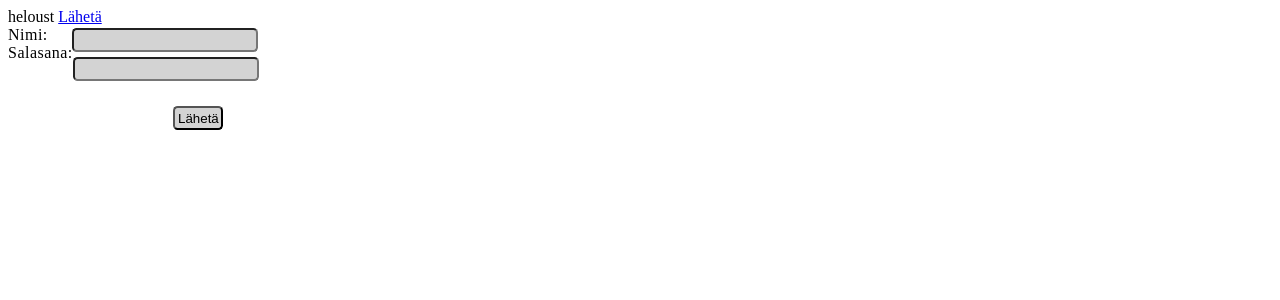
Repository: sirkian/ohj2-t4
Page: http://localhost/Kommunikaatio/
An editor plug-in stored every save of this project. The page is shown before and after the next save, followed by the edit.
The browser window is 1280 px wide. The pictures show the whole page.
The page is served by Tomcat 9.

Above is the page before, as saved 2022-03-19 14:12:05.

### Kommunikaatio/src/main/webapp/index.jsp
<%@ page language="java" contentType="text/html; charset=ISO-8859-1"
    pageEncoding="ISO-8859-1"%>
<!DOCTYPE html>
<html>
<head>
<meta charset="ISO-8859-1">
<title>Insert title here</title>
<style>

input {
	background: lightgrey;
	border-radius:0.35em;
	padding: 0.2em;
	margin: 0.15em 0;
	position: absolute;
}
.nimi {
	left: 5.4em;
}
.pw {
	top: 4.1em;
}
.btn {
	top: 7.8em;
	left: 13em;
}
form {
	letter-spacing: 0.03em;
}
</style>
</head>
<body>
heloust
<a href="toka.jsp?nimi=jaska&ika=10">Lähetä</a>
<form action="kolmas.jsp" method="POST">
	Nimi: <input class="nimi" type="text" name="nimi"><br>
	Salasana: <input class="pw" type="password" name="pwd">
	<input class="btn" type="submit" value="Lähetä">
</form>
</body>
</html>

After the next save:
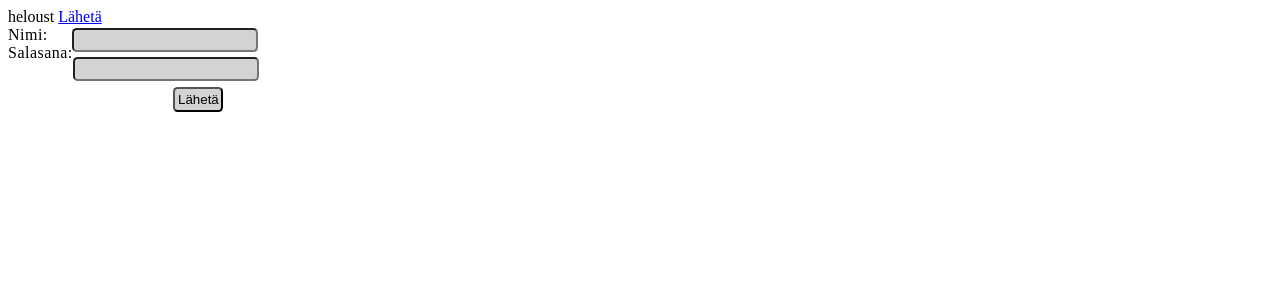
Saved 26 s later.
--- a/Kommunikaatio/src/main/webapp/index.jsp
+++ b/Kommunikaatio/src/main/webapp/index.jsp
@@ -21,7 +21,7 @@ input {
 	top: 4.1em;
 }
 .btn {
-	top: 7.8em;
+	top: 6.4em;
 	left: 13em;
 }
 form {
